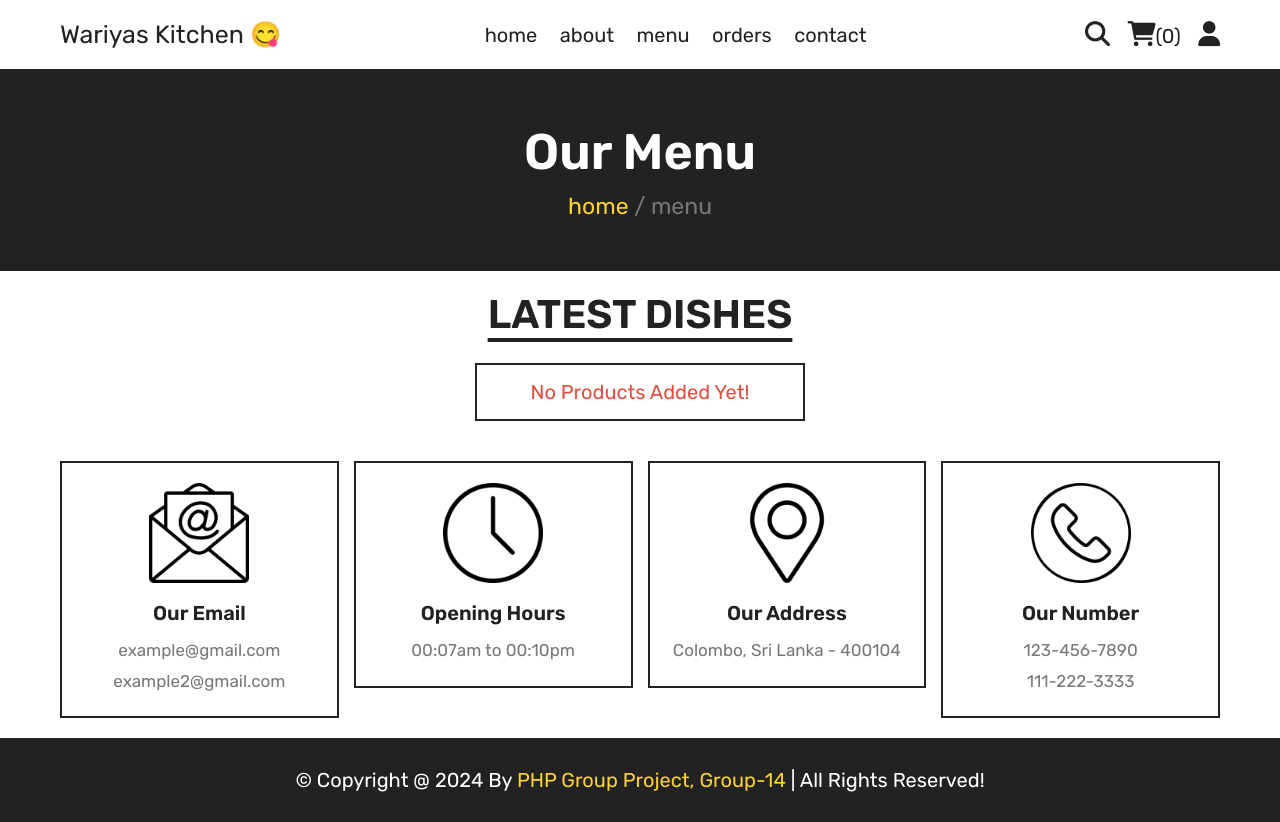
Repository: navodniwarshana/food_order_site
Page: http://localhost/menu.php
The author's editor kept a copy of each file at every save. The page is drawn from the files as they stood at one save, then again after a run of saves.
The browser window is 1280 px wide. The pictures show the whole page.
Some web libraries are served in a nearby version. The page is run by PHP 8.4 with error messages shown; the project is at /var/www/html/. Queries for data that is not in the repository find no rows.

Above is the page before, as saved 2024-09-27 18:25:39.
Console error: TypeError: Cannot read properties of null (reading 'style')

### menu.php
<?php

include 'components/connect.php';

session_start();

if(isset($_SESSION['user_id'])){
   $user_id = $_SESSION['user_id'];
}else{
   $user_id = '';
};

include 'components/add_cart.php';

?>

<!DOCTYPE html>
<html lang="en">
<head>
   <meta charset="UTF-8">
   <meta http-equiv="X-UA-Compatible" content="IE=edge">
   <meta name="viewport" content="width=device-width, initial-scale=1.0">
   <title>menu</title>

   <!-- font awesome cdn link  -->
   <link rel="stylesheet" href="https://cdnjs.cloudflare.com/ajax/libs/font-awesome/6.1.1/css/all.min.css">

   <!-- custom css file link  -->
   <link rel="stylesheet" href="css/style.css">

</head>
<body>

<!-- header section starts  -->
<?php include 'components/user_header.php'; ?>
<!-- header section ends -->

<div class="heading">
   <h3>our menu</h3>
   <p><a href="home.php">home</a> <span> / menu</span></p>
</div>

<!-- menu section starts  -->

<section class="products">

   <h1 class="title">latest dishes</h1>

   <div class="box-container">

      <?php
         $select_products = $conn->prepare("SELECT * FROM `products`");
         $select_products->execute();
         if($select_products->rowCount() > 0){
            while($fetch_products = $select_products->fetch(PDO::FETCH_ASSOC)){
      ?>
      <form action="" method="post" class="box">
         <input type="hidden" name="pid" value="<?= $fetch_products['id']; ?>">
         <input type="hidden" name="name" value="<?= $fetch_products['name']; ?>">
         <input type="hidden" name="price" value="<?= $fetch_products['price']; ?>">
         <input type="hidden" name="image" value="<?= $fetch_products['image']; ?>">
         <a href="quick_view.php?pid=<?= $fetch_products['id']; ?>" class="fas fa-eye"></a>
         <button type="submit" class="fas fa-shopping-cart" name="add_to_cart"></button>
         <img src="uploaded_img/<?= $fetch_products['image']; ?>" alt="">
         <a href="category.php?category=<?= $fetch_products['category']; ?>" class="cat"><?= $fetch_products['category']; ?></a>
         <div class="name"><?= $fetch_products['name']; ?></div>
         <div class="flex">
            <div class="price"><span>$</span><?= $fetch_products['price']; ?></div>
            <input type="number" name="qty" class="qty" min="1" max="99" value="1" maxlength="2"">
         </div>
      </form>
      <?php
            }
         }else{
            echo '<p class="empty">no products added yet!</p>';
         }
      ?>

   </div>

</section>


<!-- menu section ends -->
























<!-- footer section starts  -->
<?php include 'components/footer.php'; ?>
<!-- footer section ends -->








<!-- custom js file link  -->
<script src="js/script.js"></script>

</body>
</html>

### components/add_cart.php
<?php

if(isset($_POST['add_to_cart'])){

   if($user_id == ''){
      header('location:login.php');
   }else{

      $pid = $_POST['pid'];
      $pid = filter_var($pid, FILTER_SANITIZE_STRING);
      $name = $_POST['name'];
      $name = filter_var($name, FILTER_SANITIZE_STRING);
      $price = $_POST['price'];
      $price = filter_var($price, FILTER_SANITIZE_STRING);
      $image = $_POST['image'];
      $image = filter_var($image, FILTER_SANITIZE_STRING);
      $qty = $_POST['qty'];
      $qty = filter_var($qty, FILTER_SANITIZE_STRING);

      $check_cart_numbers = $conn->prepare("SELECT * FROM `cart` WHERE name = ? AND user_id = ?");
      $check_cart_numbers->execute([$name, $user_id]);

      if($check_cart_numbers->rowCount() > 0){
         $message[] = 'already added to cart!';
      }else{
         $insert_cart = $conn->prepare("INSERT INTO `cart`(user_id, pid, name, price, quantity, image) VALUES(?,?,?,?,?,?)");
         $insert_cart->execute([$user_id, $pid, $name, $price, $qty, $image]);
         $message[] = 'added to cart!';

      }

   }

}

?>

### components/user_header.php
<?php
if(isset($message)){
   foreach($message as $message){
      echo '
      <div class="message">
         <span>'.$message.'</span>
         <i class="fas fa-times" onclick="this.parentElement.remove();"></i>
      </div>
      ';
   }
}
?>

<header class="header">

   <section class="flex">

      <a href="home.php" class="logo">Wariyas Kitchen 😋</a>

      <nav class="navbar">
         <a href="home.php">home</a>
         <a href="about.php">about</a>
         <a href="menu.php">menu</a>
         <a href="orders.php">orders</a>
         <a href="contact.php">contact</a>
      </nav>

      <div class="icons">
         <?php
            $count_cart_items = $conn->prepare("SELECT * FROM `cart` WHERE user_id = ?");
            $count_cart_items->execute([$user_id]);
            $total_cart_items = $count_cart_items->rowCount();
         ?>
         <a href="search.php"><i class="fas fa-search"></i></a>
         <a href="cart.php"><i class="fas fa-shopping-cart"></i><span>(<?= $total_cart_items; ?>)</span></a>
         <div id="user-btn" class="fas fa-user"></div>
         <div id="menu-btn" class="fas fa-bars"></div>
      </div>

      <div class="profile">
         <?php
            $select_profile = $conn->prepare("SELECT * FROM `users` WHERE id = ?");
            $select_profile->execute([$user_id]);
            if($select_profile->rowCount() > 0){
               $fetch_profile = $select_profile->fetch(PDO::FETCH_ASSOC);
         ?>
         <p class="name"><?= $fetch_profile['name']; ?></p>
         <div class="flex">
            <a href="profile.php" class="btn">profile</a>
            <a href="components/user_logout.php" onclick="return confirm('logout from this website?');" class="delete-btn">logout</a>
         </div>
         <p class="account">
            <a href="login.php">login</a> or
            <a href="register.php">register</a>
         </p>
         <?php
            }else{
         ?>
            <p class="name">please login first!</p>
            <a href="login.php" class="btn">login</a>
         <?php
          }
         ?>
      </div>

   </section>

</header>

### components/footer.php
<footer class="footer">

   <section class="grid">

      <div class="box">
         <img src="images/email-icon.png" alt="">
         <h3>our email</h3>
         <a href="mailto:example@gmail.com">example@gmail.com</a>
         <a href="mailto:example2@gmail.com">example2@gmail.com</a>
      </div>

      <div class="box">
         <img src="images/clock-icon.png" alt="">
         <h3>opening hours</h3>
         <p>00:07am to 00:10pm</p>
      </div>

      <div class="box">
         <img src="images/map-icon.png" alt="">
         <h3>our address</h3>
         <a href="#">Colombo, Sri Lanka - 400104</a>
      </div>

      <div class="box">
         <img src="images/phone-icon.png" alt="">
         <h3>our number</h3>
         <a href="tel:1234567890">123-456-7890</a>
         <a href="tel:1112223333">111-222-3333</a>
      </div>

   </section>

   <div class="credit">&copy; copyright @ <?= date('Y'); ?> by <span>PHP Group Project, Group-14</span> | all rights reserved!</div>

</footer>

<!-- <div class="loader">
   <img src="images/loader.gif" alt="">
</div> -->

Loaded but not shown: components/connect.php (common file); js/script.js (34 lines, source omitted); css/style.css (1069 lines, source omitted)

After the next 2 saves:
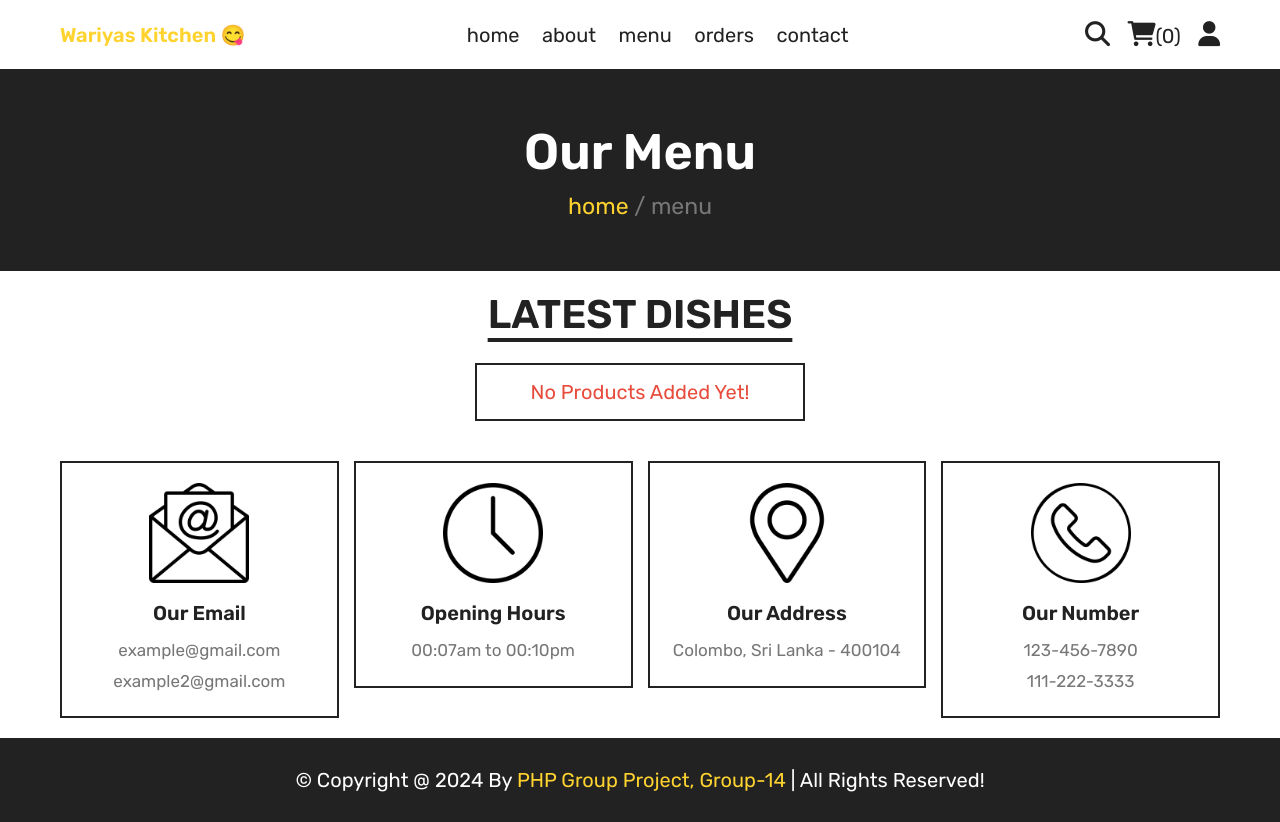
The 2 saves are shown as one change because they came seconds apart.
The last was saved 10 s later.
--- a/components/user_header.php
+++ b/components/user_header.php
@@ -15,7 +15,7 @@ if(isset($message)){
 
    <section class="flex">
 
-      <a href="home.php" class="logo">Wariyas Kitchen 😋</a>
+      <a href="home.php" style="font-size: 2rem; font-weight: bold; color: #fed330; text-decoration: none;">Wariyas Kitchen 😋</a>
 
       <nav class="navbar">
          <a href="home.php">home</a>
